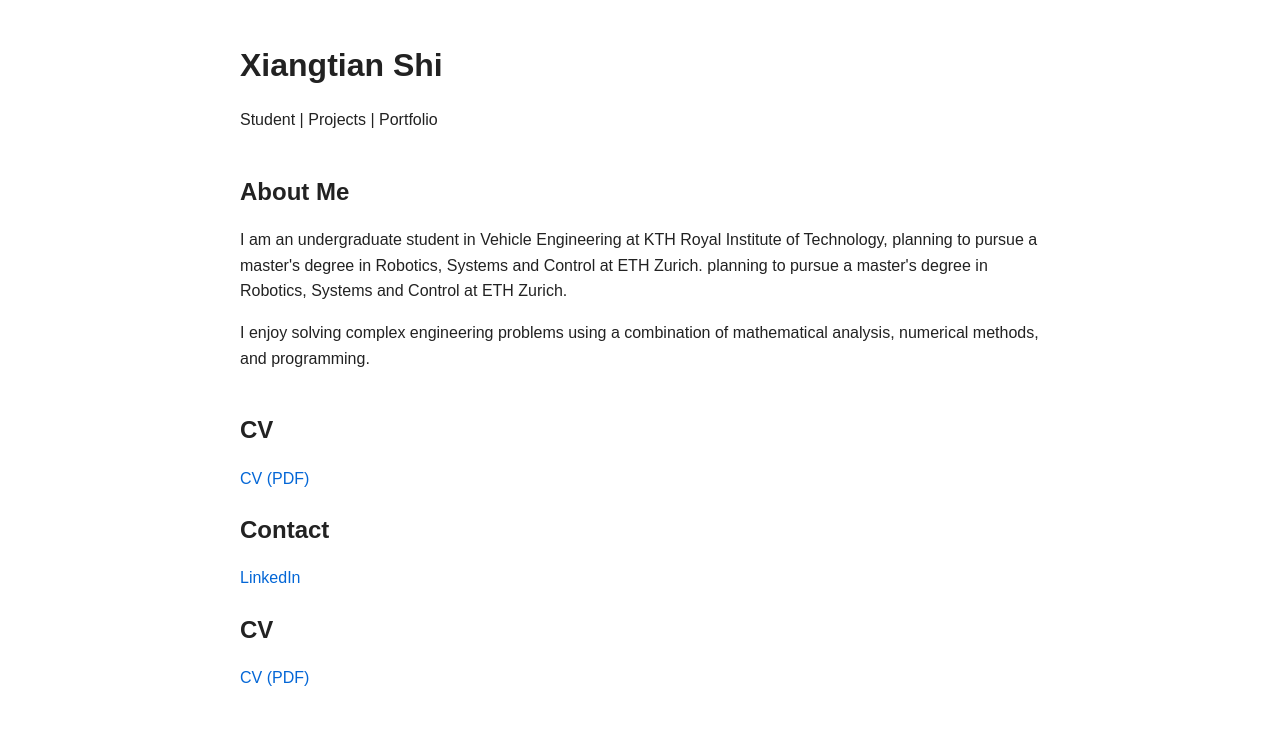
Repository: xitisch/xitisch.github.io
Page: index.html
The author's editor kept a copy of each file at every save. The page is drawn from the files as they stood at one save, then again after the next save.
The browser window is 1280 px wide. The pictures show the whole page.

Above is the page before, as saved 2026-04-21 23:19:15.

### index.html
<!doctype html>
<html lang="en">
<head>
  <meta charset="UTF-8">
  <meta name="viewport" content="width=device-width, initial-scale=1.0">
  <title>Xiangtian Shi</title>
  <style>
    body {
      font-family: Arial, sans-serif;
      max-width: 800px;
      margin: 40px auto;
      padding: 0 20px;
      line-height: 1.6;
      color: #222;
    }
    h1, h2 { margin-bottom: 0.3em; }
    .section { margin-top: 40px; }
    a { color: #0366d6; text-decoration: none; }
    a:hover { text-decoration: underline; }
  </style>
</head>
<body>
  <h1>Xiangtian Shi</h1>
  <p>Student | Projects | Portfolio</p>

  <div class="section">
    <h2>About Me</h2>
    <p>
      I am an undergraduate student in Vehicle Engineering at KTH Royal Institute of Technology, planning to pursue a master's degree in Robotics, Systems and Control at ETH Zurich.
      planning to pursue a master's degree in Robotics, Systems and Control at ETH Zurich.
    <p>
    I enjoy solving complex engineering problems using a combination of
    mathematical analysis, numerical methods, and programming.
    </p>
  </div>
  <div class="section">
    <h2>CV</h2>
    <p>
      <a href="XiangtianShi_CV.pdf" target="_blank">CV (PDF)</a>
    </p>
    <h2>Contact</h2>
    <p>
      <a href="https://www.linkedin.com/in/xiangtian-shi-5ab47428b/">LinkedIn</a>
    </p>
  </div>

  <div class="Affiliations">
    <h2>CV</h2>
    <p>
      <a href="XiangtianShi_CV.pdf" target="_blank">CV (PDF)</a>
    </p>
</body>
</html>

After the next save:
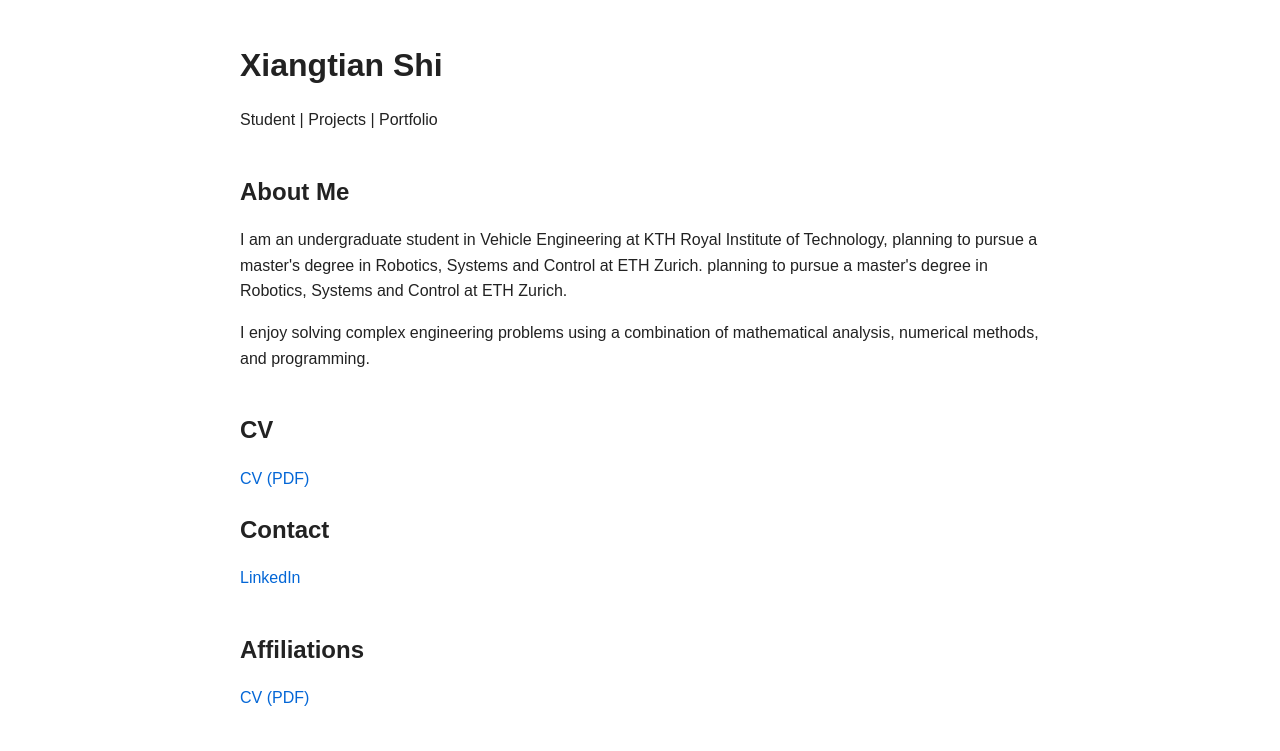
Saved 10 s later.
--- a/index.html
+++ b/index.html
@@ -44,8 +44,8 @@
     </p>
   </div>
 
-  <div class="Affiliations">
-    <h2>CV</h2>
+  <div class="section">
+    <h2>Affiliations</h2>
     <p>
       <a href="XiangtianShi_CV.pdf" target="_blank">CV (PDF)</a>
     </p>
